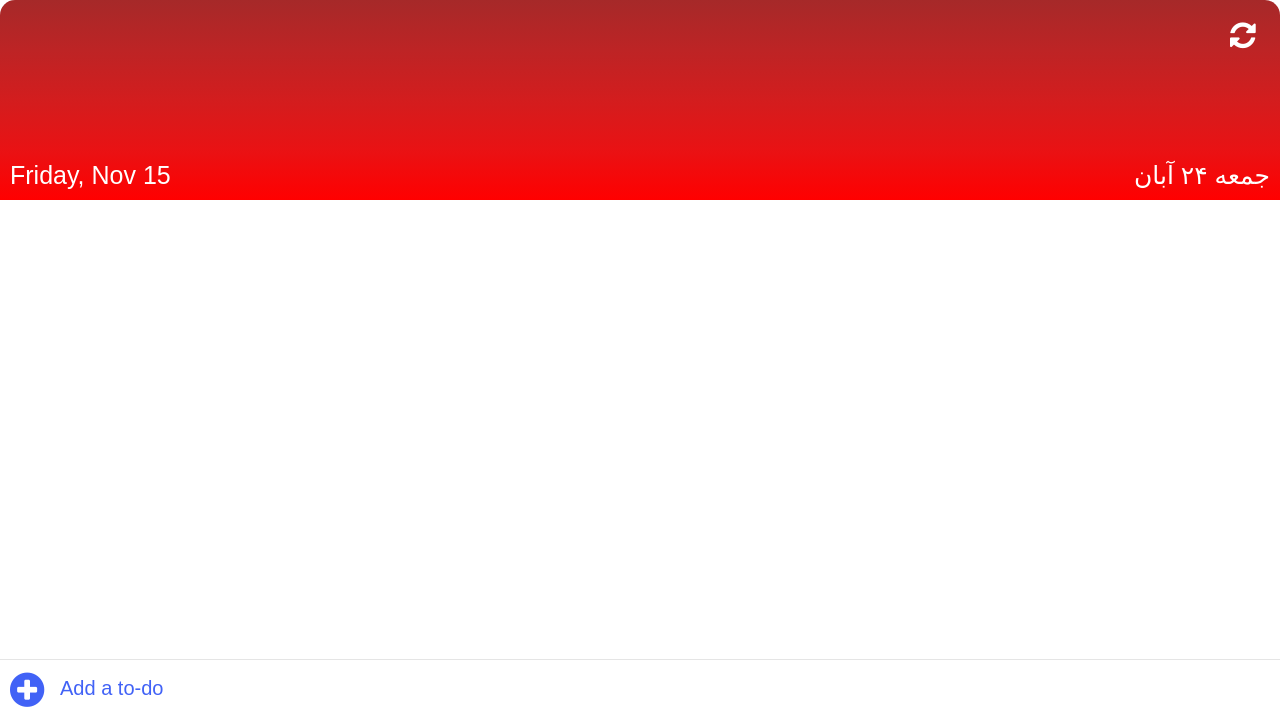
Repository: abouzarSoleymani/todo-js
Page: index.html
These files come from the project's save history. The page is drawn as it stood at one moment and after the next save; the edit follows.
The browser window is 1280 px wide. The pictures show the whole page.

Above is the page before, as saved 2019-11-15 16:16:52.

### index.html
<!-- CODE EXPLAINED CHANNEL -->
<!DOCTYPE html>
<html lang="en">
<head>
    <meta charset="UTF-8">
    <title>JavaScript - To Do List</title>
    <link href="https://fonts.googleapis.com/css?family=Roboto|Signika&display=swap" rel="stylesheet">
    <script src="https://unpkg.com/sweetalert/dist/sweetalert.min.js"></script>
        <link rel="stylesheet" href="css/font-awesome.css">
    <link rel="stylesheet" href="css/style.css">
</head>
<body>
    <div class="container">
        <div class="header">
            <div class="clear">
                <i class="fa fa-refresh"></i>
            </div>
            <div id="date"></div>
            <div id="date-fa"></div>
        </div>
        <div class="content">
            <ul id="list">
               <!--
                <li class="item">
                    <i class="fa fa-circle-thin co" job="complete" id="0"></i>
                    <p class="text">Drink Coffee</p>
                    <i class="fa fa-trash-o de" job="delete" id="0"></i>
                </li> -->
            </ul>
        </div>
        <div class="add-to-do">
            <i class="fa fa-plus-circle"></i>
            <input type="text" id="input" placeholder="Add a to-do">
        </div>
    </div>
    <script src="js/app.js"></script>
</body>
</html>

### css/style.css
/* ------------ youtube.com/CodeExplained ------------ */
body{
    padding: 0;
    margin: 0;
    background-color: rgba(255, 255, 255, 0.1);
    font-family: 'Roboto', sans-serif;
    height: 100vh;
}

/* ------------ container ------------ */
.container{
    width:100%;
    height:100%;
    margin:0 auto;
}

/* ------------ header ------------ */
.header{
    width: 100%;
    height:200px;
    background-image: linear-gradient(to top, #ff0000, #e91214, #d31d1e, #bd2425, #a62929);
         border-radius: 15px 15px 0 0;
    position: relative;
}
.clear{
    width : 30px;
    height: 30px;
    position: absolute;
    right:20px;
    top: 20px;
}
.clear i{
    font-size: 30px;
    color: #FFF;
}
.clear i:hover{
    cursor: pointer;
    text-shadow: 1px 3px 5px #000;
    transform: rotate(45deg);
}
#date{
    position: absolute;
    bottom: 10px;
    left: 10px;
    color: #FFF;
    font-size: 25px;
    font-family: 'Titillium Web', sans-serif;
}
#date-fa{
    position: absolute;
    bottom: 10px;
    right: 10px;
    color: #FFF;
    font-size: 25px;
    font-family: 'Titillium Web', sans-serif;
}

/* ------------ content ------------ */
.content{
    width:100%;
    height: 350px;
    max-height:350px;
    background-color: #FFF;
    overflow: auto;
    padding-top: 40px;
}
.content::-webkit-scrollbar {
    display: none;
}
.content ul{
    padding:0;
    margin:0;
}
.item{
    width:100%;
    height: 45px;
    min-height: 45px;
    position: relative;
    border-bottom: 1px solid rgba(0,0,0,0.1);
    list-style: none;
    padding: 0;
    margin: 0;
}
.item i.co{
    position: absolute;
    font-size: 25px;
    padding-left:5px;
    left:15px;
    top:10px;
}
.item i.co:hover{
    cursor: pointer;
}
.fa-check-circle{
    color:#6eb200;
}
.item p.text{
    position: absolute;
    padding:0;
    margin:0;
    font-size: 20px;
    left:50px;
    top:5px;
    background-color: #FFF;
}
.lineThrough{
    text-decoration: line-through;
    color : #ccc;
}
.item i.de{
    position: absolute;
    font-size: 25px;
    right:15px;
    top:10px;
}
.item i.de:hover{
    color:#af0000;
    cursor: pointer;
}
/* ------------ add item ------------ */
.add-to-do{
    position: fixed;
    height:40px;
    bottom: 0;
    background-color: #FFF;
    padding: 10px;
    border-top: 1px solid rgba(0,0,0,0.1);
    left: 0;
    right: 0;
}
.add-to-do i{
    position: absolute;
    font-size: 40px;
    color: #4162f6;
}

.add-to-do input{
    position: absolute;
    left: 50px;
    height: 35px;
    background-color: transparent;
    border: none;
    font-size: 20px;
    padding-left:10px;
    width: calc(100% - 85px);
}
.add-to-do input::-webkit-input-placeholder { /* Chrome/Opera/Safari */
    color: #4162f6;
    font-family: 'Titillium Web', sans-serif;
    font-size: 20px;
}
.add-to-do input::-moz-placeholder { /* Firefox 19+ */
    color: #4162f6;
    font-family: 'Titillium Web', sans-serif;
    font-size: 20px;
}
.add-to-do input:-ms-input-placeholder { /* IE 10+ */
    color: #4162f6;
    font-family: 'Titillium Web', sans-serif;
    font-size: 20px;
}
.add-to-do input:-moz-placeholder { /* Firefox 18- */
    color: #4162f6;
    font-family: 'Titillium Web', sans-serif;
    font-size: 20px;
}

### js/app.js
// CODE EXPLAINED channel

// Select the Elements
const clear = document.querySelector(".clear");
const dateElementEN = document.getElementById("date");
const dateElementFA = document.getElementById("date-fa");
const list = document.getElementById("list");
const input = document.getElementById("input");

// Classes names
const CHECK = "fa-check-circle";
const UNCHECK = "fa-circle-thin";
const LINE_THROUGH = "lineThrough";

// Variables
let LIST, id;

// get item from localstorage
let data = localStorage.getItem("TODO");

// check if data is not empty
if(data){
    LIST = JSON.parse(data);
    id = LIST.length; // set the id to the last one in the list
    loadList(LIST); // load the list to the user interface
}else{
    // if data isn't empty
    LIST = [];
    id = uuidv4();
}

// load items to the user's interface
function loadList(array){
    array.forEach(function(item){
        addToDo(item.name, item.id, item.done, item.trash);
    });
}

// clear the local storage
clear.addEventListener("click", function(){
    localStorage.clear();
    location.reload();
});

// Show todays date
const optionsEN = {weekday : "long", month:"short", day:"numeric"};
const optionsFA = { weekday : "long", month:"short", day:"numeric"};
const today = new Date();

dateElementEN.innerHTML = today.toLocaleDateString("en-US", optionsEN);
dateElementFA.innerHTML = today.toLocaleDateString("fa", optionsFA);

// add to do function

function addToDo(toDo, id, done, trash){

    if(trash){ return; }

    const DONE = done ? CHECK : UNCHECK;
    const LINE = done ? LINE_THROUGH : "";
    const item = `<li class="item">
                    <i class="fa ${DONE} co" job="complete" id="${id}"></i>
                    <p class="text ${LINE}">${toDo}</p>
                    <i class="fa fa-trash-o de" job="delete" id="${id}"></i>
                  </li>
                `;

    const position = "beforeend";

    list.insertAdjacentHTML(position, item);
}

// add an item to the list user the enter key
document.addEventListener("keyup",function(even){
    if(event.keyCode == 13){
        const toDo = input.value;

        // if the input isn't empty
        if(toDo){
            addToDo(toDo, id, false, false);

            LIST.push({
                name : toDo,
                id : id,
                done : false,
                trash : false
            });

            // add item to localstorage ( this code must be added where the LIST array is updated)
            localStorage.setItem("TODO", JSON.stringify(LIST));

            id = uuidv4();
        }
        input.value = "";
    }
});


// complete to do
function completeToDo(element){
    element.classList.toggle(CHECK);
    element.classList.toggle(UNCHECK);
    element.parentNode.querySelector(".text").classList.toggle(LINE_THROUGH);

  //  LIST[element.id].done = LIST[element.id].done ? false : true;
    let item = LIST.find(item => item.id == element.id);
        item.done? item.done = false : item.done = true;
    // add item to localstorage ( this code must be added where the LIST array is updated)
    console.log(LIST.find(item => item.id == element.id).done)
    localStorage.setItem("TODO", JSON.stringify(LIST));
}

// remove to do
function removeToDo(element){
    confirm().then((willDelete) => {
        if(!willDelete)
         return;
        LIST.find(item => item.id == element.id).trash = true;
        element.parentNode.parentNode.removeChild(element.parentNode);
        showAlert("Poof! Your imaginary file has been deleted!", true);
         // add item to localstorage ( this code must be added where the LIST array is updated)
        localStorage.setItem("TODO", JSON.stringify(LIST));
        console.log(LIST)
    })

}

// target the items created dynamically

list.addEventListener("click", function(event){
    const element = event.target; // return the clicked element inside list
    const elementJob = element.attributes.job?element.attributes.job.value: ''; // complete or delete
    if(elementJob == "complete"){
        completeToDo(element);
    }else if(elementJob == "delete"){
        removeToDo(element);
    }


});

async function confirm() {
    try{
        let status = await swal({
            title: "Are you sure?",
            text: "Once deleted, you will not be able to recover this imaginary file!",
            icon: "warning",
            buttons: true,
            dangerMode: true,
          })
          return status;
    }catch(e){
        console.log(e)
    }

}
showAlert = (text, status) => {
    if(status){
        swal(text, {
            icon: "success",
          });
    }else{
        swal(text, {
            icon: "error",
          });
    }

}

function uuidv4() {
    return 'xxxxxxxx-xxxx-4xxx-yxxx-xxxxxxxxxxxx'.replace(/[xy]/g, function(c) {
      var r = Math.random() * 16 | 0, v = c == 'x' ? r : (r & 0x3 | 0x8);
      return v.toString(16);
    });
  }

Loaded but not shown: css/font-awesome.css (library)

After the next save:
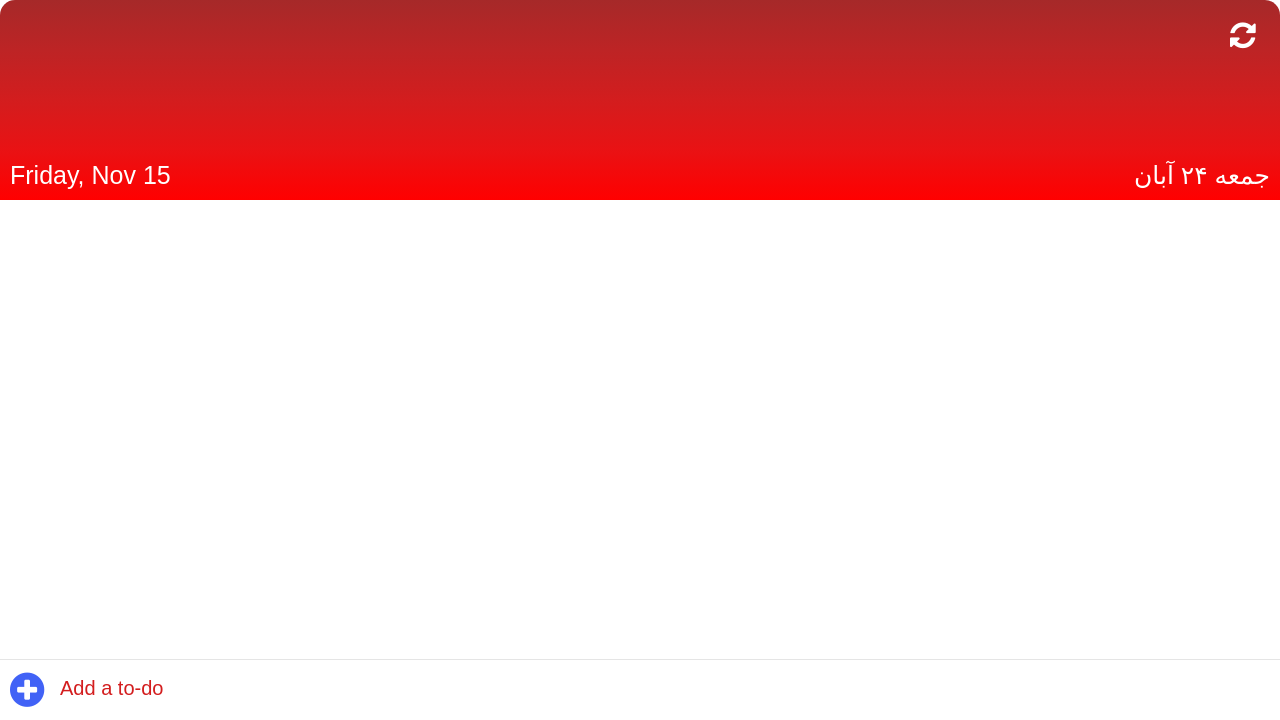
Saved 47 s later.
--- a/css/style.css
+++ b/css/style.css
@@ -145,22 +145,22 @@ body{
     width: calc(100% - 85px);
 }
 .add-to-do input::-webkit-input-placeholder { /* Chrome/Opera/Safari */
-    color: #4162f6;
+    color: #d31d1e;
     font-family: 'Titillium Web', sans-serif;
     font-size: 20px;
 }
 .add-to-do input::-moz-placeholder { /* Firefox 19+ */
-    color: #4162f6;
+    color: #d31d1e;
     font-family: 'Titillium Web', sans-serif;
     font-size: 20px;
 }
 .add-to-do input:-ms-input-placeholder { /* IE 10+ */
-    color: #4162f6;
+    color: #d31d1e;
     font-family: 'Titillium Web', sans-serif;
     font-size: 20px;
 }
 .add-to-do input:-moz-placeholder { /* Firefox 18- */
-    color: #4162f6;
+    color: #d31d1e;
     font-family: 'Titillium Web', sans-serif;
     font-size: 20px;
 }
